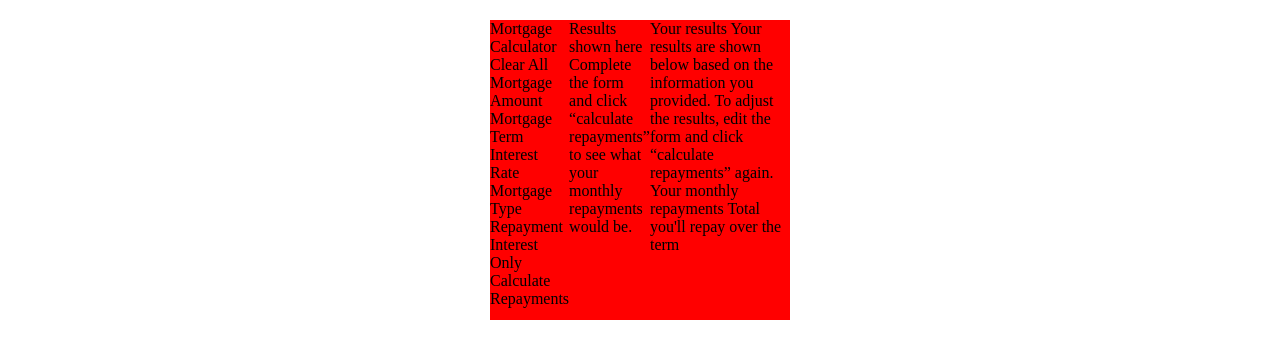
Repository: GravielPV/Mortgage-repayment-calculator
Page: index.html
The author's editor kept a copy of each file at every save. The page is drawn from the files as they stood at one save, then again after a run of saves.
The browser window is 1280 px wide. The pictures show the whole page.

Above is the page before, as saved 2025-12-11 16:41:34.

After the next 3 saves:
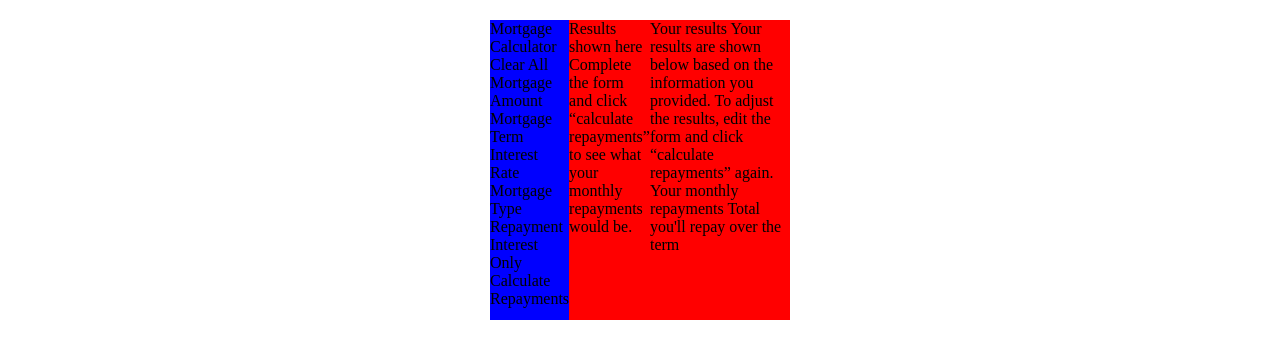
The 3 saves are shown as one change because they came seconds apart.
The last was saved 10 s later.
--- a/styles.css
+++ b/styles.css
@@ -11,4 +11,7 @@ background-color: red;
     display: flex;
 }
 
-.izquierdo
+.izquierdo{
+
+    background-color: blue;
+}
